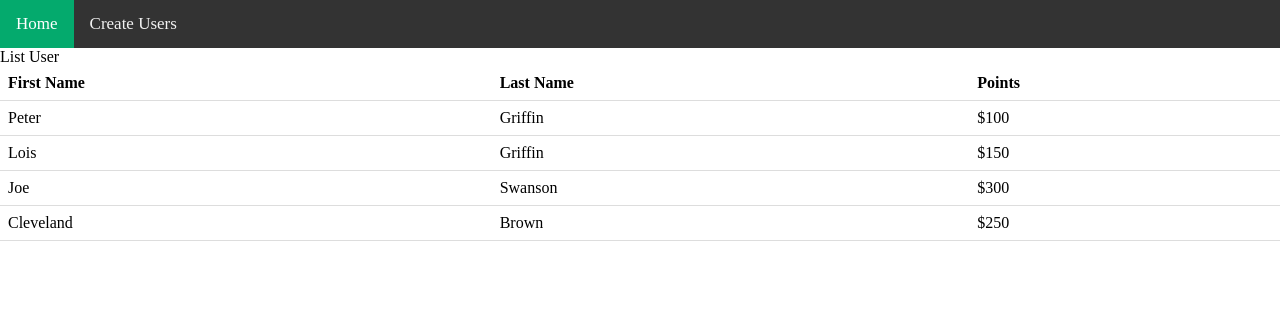
Repository: Ducbii4202/backend-Nodejs
Page: src/views/home.ejs
These files come from the project's save history. The page is drawn as it stood at one moment and after the next save; the edit follows.
The browser window is 1280 px wide. The pictures show the whole page.
The page is served by the project's Node server (server.js). The template is opened directly, without the code that normally fills it, so the values that code supplies are empty.

Above is the page before, as saved 2024-07-01 22:41:09.

After the next save:
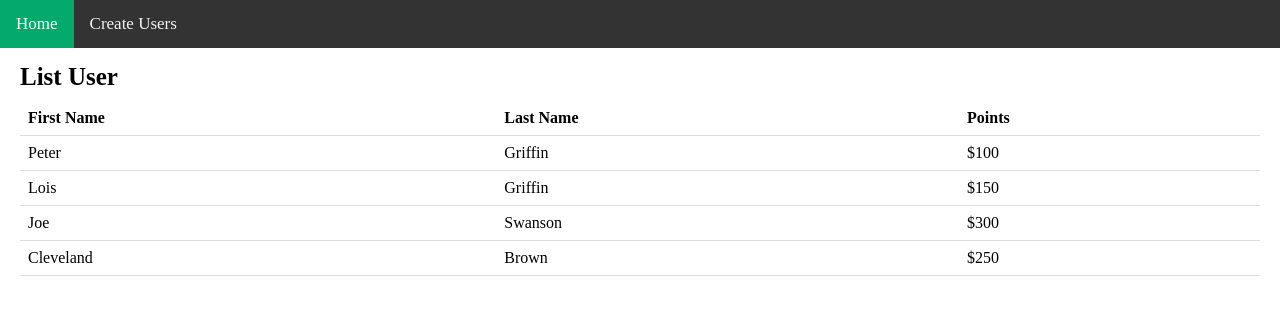
Saved 3 min 12 s later.
--- a/src/views/home.ejs
+++ b/src/views/home.ejs
@@ -8,6 +8,16 @@
 
 </head>
 <style>
+  .table-container {
+    padding: 15px 20px
+  }
+
+  .title {
+    font-size: 25px;
+    font-weight: 600;
+    padding-bottom: 10px;
+  }
+
   table {
     border-collapse: collapse;
     width: 100%;
